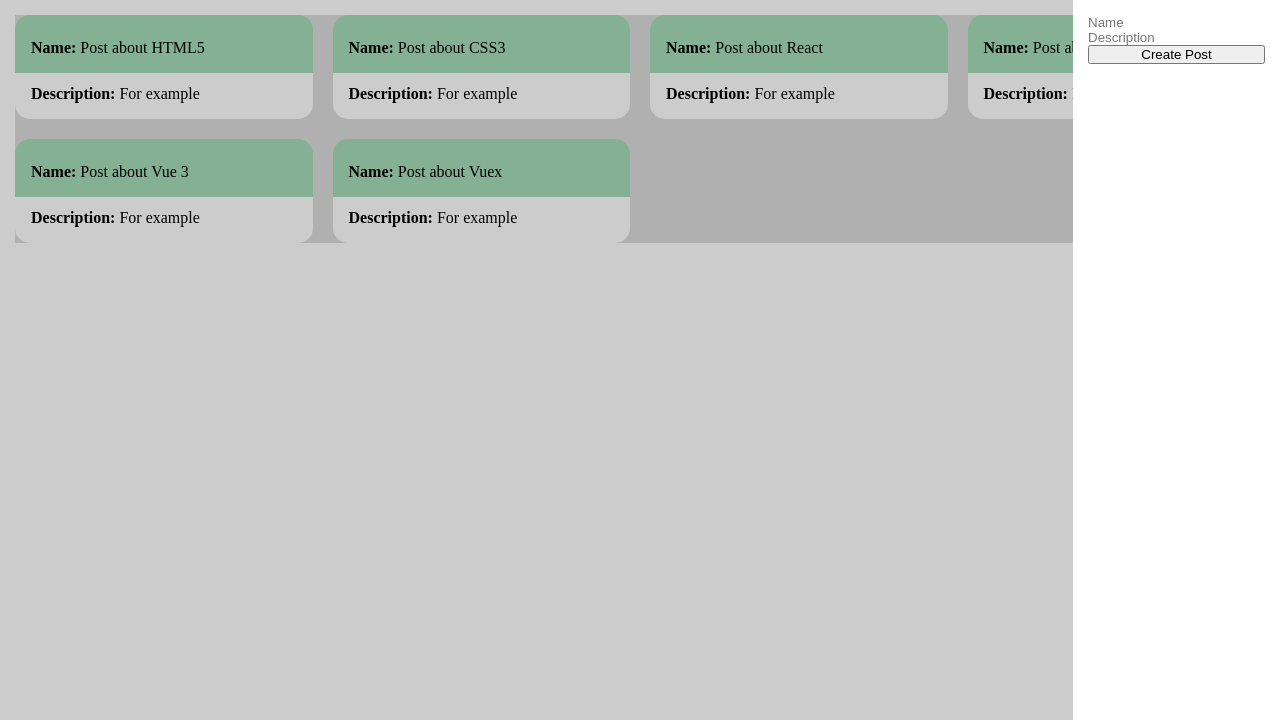
Repository: Axeliriya/vue-todo
Page: /
The author's editor kept a copy of each file at every save. The page is drawn from the files as they stood at one save, then again after the next save.
The browser window is 1280 px wide. The pictures show the whole page.
The project was rebuilt for these pictures with package versions that can differ from the ones it lists, and the page was loaded fresh each time. Also part of the build but not shown: vue.config.js.

Above is the page before, as saved 2022-04-01 17:27:18.

### public/index.html
<!DOCTYPE html>
<html lang="">
  <head>
    <meta charset="utf-8">
    <meta name="viewport" content="width=device-width,initial-scale=1.0">
    <link rel="icon" href="<%= BASE_URL %>favicon.ico">
    <title>Todo</title>
  </head>
  <body>
    <div id="app"></div>
  </body>
</html>

### src/App.vue
<template>
  <div class="app">
    <div class="overlay">
      <div class="modal">
        <form class="form">
          <input class="input" type="text" placeholder="Name" />
          <input class="input" type="text" placeholder="Description" />
          <button class="button">Create Post</button>
        </form>
      </div>
    </div>
    <ul class="posts">
      <li class="post" v-for="post in posts">
        <div class="post__name"><strong>Name: </strong>{{ post.title }}</div>
        <div class="post__description">
          <strong>Description: </strong>{{ post.body }}
        </div>
      </li>
    </ul>
  </div>
</template>

<script>
export default {
  data() {
    return {
      posts: [
        { id: Date.now(), title: 'Post about HTML5', body: 'For example' },
        { id: Date.now() + 1, title: 'Post about CSS3', body: 'For example' },
        { id: Date.now() + 2, title: 'Post about React', body: 'For example' },
        { id: Date.now() + 3, title: 'Post about Redux', body: 'For example' },
        { id: Date.now() + 4, title: 'Post about Vue 3', body: 'For example' },
        { id: Date.now() + 5, title: 'Post about Vuex', body: 'For example' },
      ],
    };
  },
  methods: {},
};
</script>

<style>
* {
  margin: 0;
  padding: 0;
  box-sizing: border-box;
}

ul {
  list-style-type: none;
}

img {
  display: block;
  width: 100%;
  height: auto;
}

.app {
  padding: 15px;
}

.overlay {
  position: fixed;
  top: 0;
  left: 0;
  width: 100%;
  height: 100vh;
  background-color: rgb(0, 0, 0, 0.2);
  display: flex;
  justify-content: end;
}

.modal {
  padding: 15px;
  background-color: #fff;
}

.form {
  display: grid;
  grid-template-columns: 1fr;
}

.input {
  background-color: transparent;
  border: none;
}

.posts {
  display: grid;
  grid-template-columns: repeat(4, 1fr);
  gap: 20px;
  background-color: gainsboro;
}

.post {
  border-radius: 15px;
}

.post__name {
  padding: 24px 16px 16px 16px;
  border-radius: 15px 15px 0 0;
  background-color: #a5ddb8;
}

.post__description {
  padding: 12px 16px 16px 16px;
  border-radius: 0 0 15px 15px;
  background-color: #ffffff;
}
</style>

Loaded but not shown: src/main.js (common file)

After the next save:
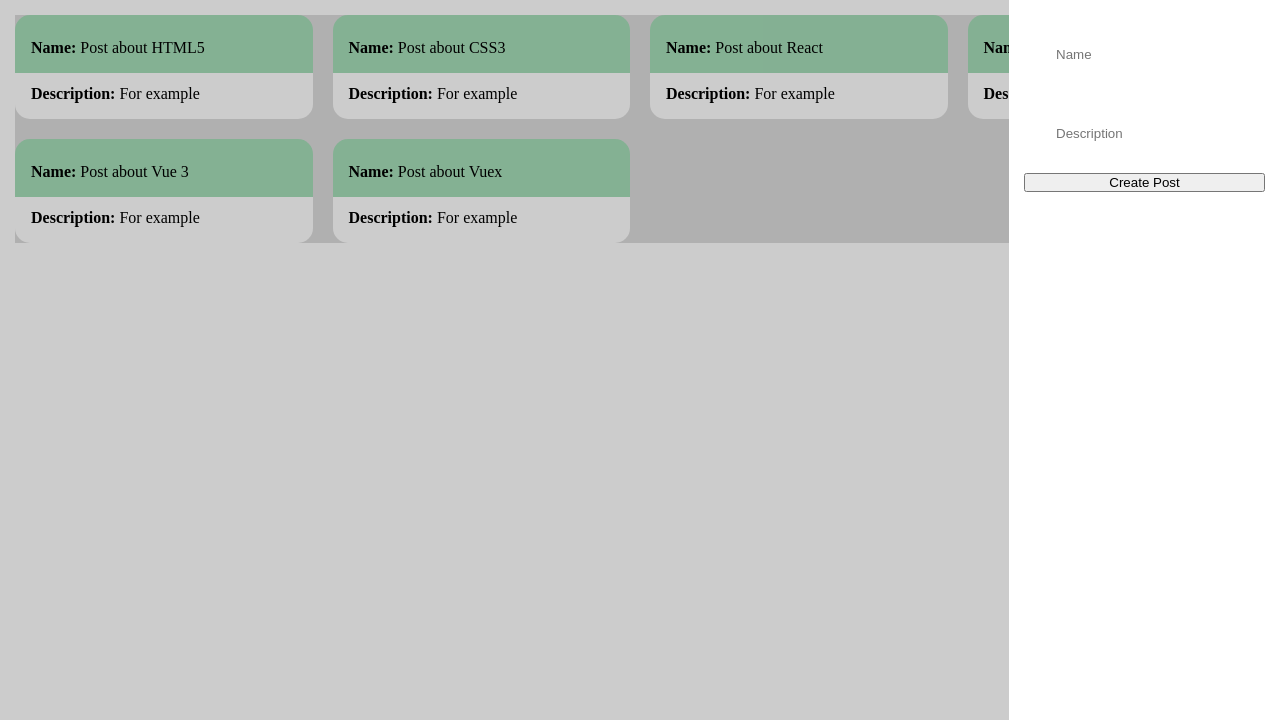
Saved 26 s later.
--- a/src/App.vue
+++ b/src/App.vue
@@ -83,6 +83,7 @@ img {
 .input {
   background-color: transparent;
   border: none;
+  padding: 32px;
 }
 
 .posts {
